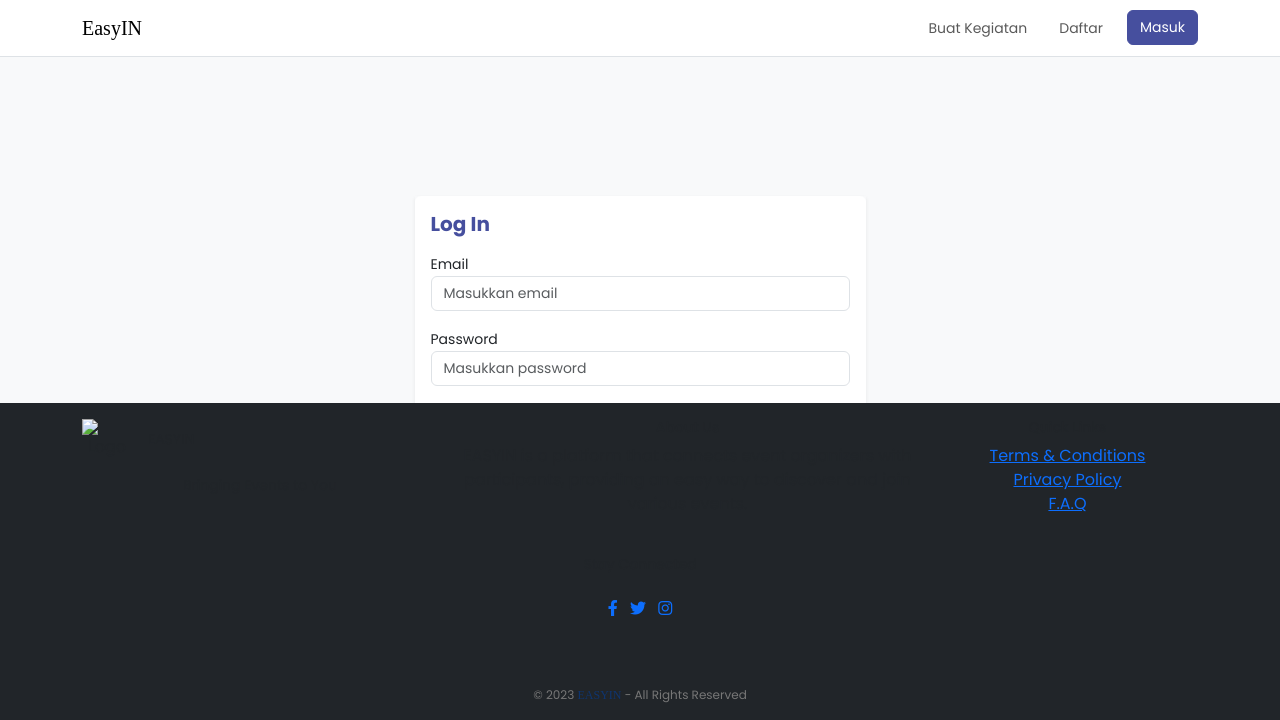
Repository: Imadaaa/Ticketing_Online
Page: http://localhost/login
An editor plug-in stored every save of this project. The page is shown before and after a run of saves, followed by the edit.
The browser window is 1280 px wide. The pictures show the whole page.
Some web fonts or font styles are not loaded; a fallback is used. The page is served by the project's Laravel application, run on PHP 8.4 with Laravel 10.

Above is the page before, as saved 2023-08-22 02:13:36.
Console error: ReferenceError: $ is not defined

After the next 5 saves:
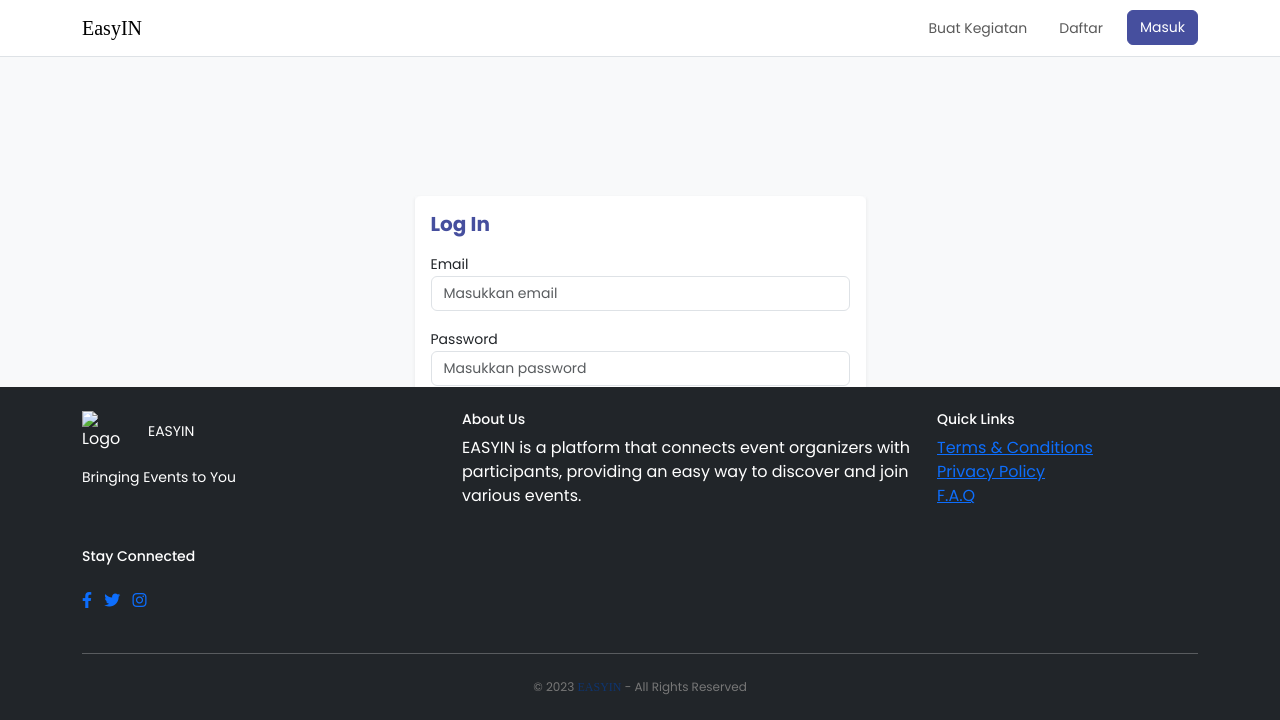
The 5 saves are shown as one change because they came seconds apart.
The last was saved 91 s later.
--- a/resources/views/template/landing-page/partials/_footer.blade.php
+++ b/resources/views/template/landing-page/partials/_footer.blade.php
@@ -1,4 +1,4 @@
-<footer class="bg-dark text-center py-3 {{ request()->is('login') || request()->is('register') ? 'footer-fixed' : '' }}">
+<footer class="bg-dark text-white py-4 {{ request()->is('login') || request()->is('register') ? 'footer-fixed' : '' }}">
     <div class="container slider">
         <div class="row">
             <div class="col-md-4">
